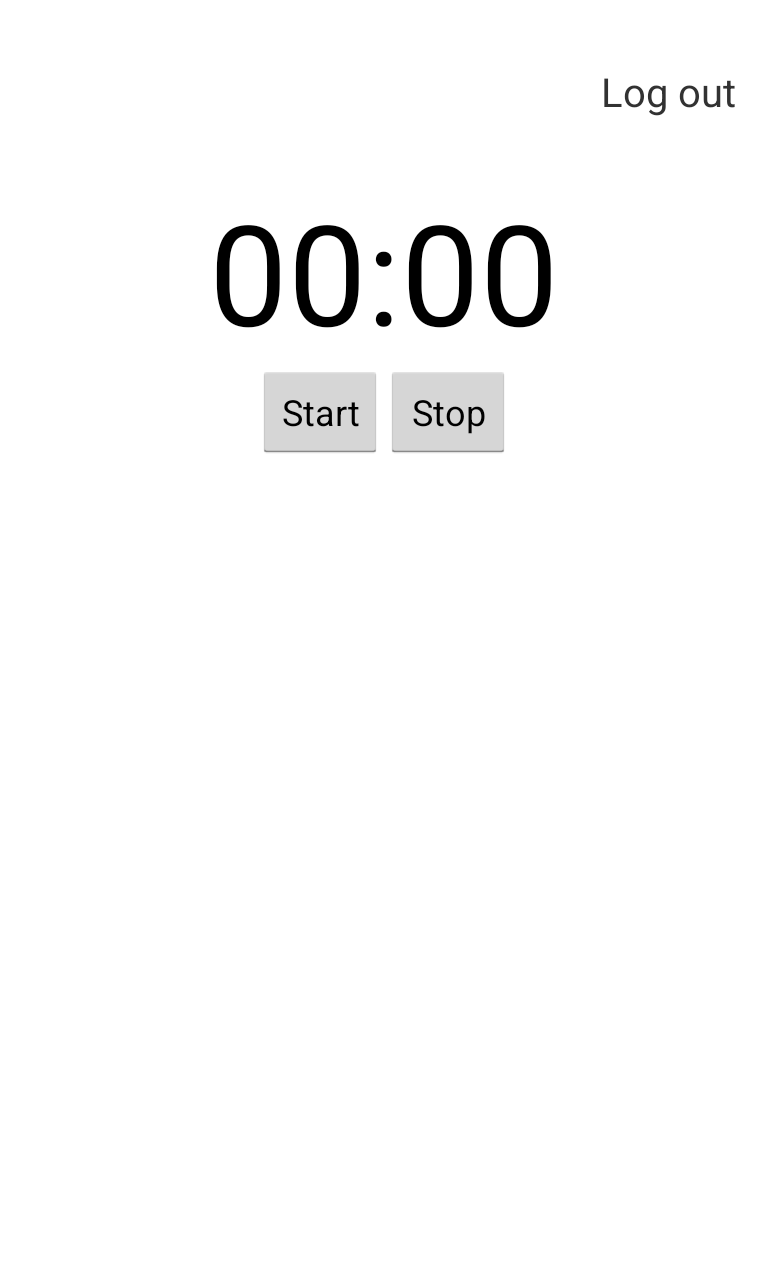
Repository: albertowusuasare/CustomStopWatch
Layout: CustomStopWatch/res/layout/activity_timer.xml
An editor plug-in stored every save of this project. The layout is shown before and after the next save, followed by the edit.
It is drawn on a 768 x 1280 px phone screen (xhdpi) without system bars, with theme AppTheme; the app's code is not run.

Above is the layout before, as saved 2014-09-25 04:52:14.

### CustomStopWatch/res/layout/activity_timer.xml
<LinearLayout xmlns:android="http://schemas.android.com/apk/res/android"
    xmlns:tools="http://schemas.android.com/tools"
    android:layout_width="match_parent"
    android:layout_height="match_parent"

    android:orientation="vertical"
    android:paddingBottom="@dimen/activity_vertical_margin"
    android:paddingLeft="@dimen/activity_horizontal_margin"
    android:paddingRight="@dimen/activity_horizontal_margin"
    android:paddingTop="@dimen/activity_vertical_margin"
    tools:context="com.example.customstopwatch.TimerActivity" >

    <RelativeLayout
        android:layout_width="match_parent"
        android:layout_height="wrap_content"
        android:gravity="end"
         android:paddingTop="@dimen/activity_vertical_margin"
        >
        <TextView
            android:text="@string/Logout"
            android:layout_width="wrap_content"
           android:layout_height="wrap_content"
            android:textSize="20sp"
            />

    </RelativeLayout>
    <Chronometer
        android:id="@+id/mainChronometer"
        android:layout_width="wrap_content"
        android:layout_height="wrap_content"
        android:layout_gravity="center"
         android:paddingTop="30dp"
        android:format="%s"
        android:text="Chronometer"
        android:textSize="70sp" />

    <LinearLayout
        android:layout_width="fill_parent"
        android:layout_height="wrap_content"
        android:gravity="center"
        android:orientation="horizontal" >

        <Button
            android:id="@+id/start_button"
            android:layout_width="wrap_content"
            android:layout_height="wrap_content"
            android:text="@string/StartButton" />

        <Button
            android:id="@+id/stop_button"
            android:layout_width="wrap_content"
            android:layout_height="wrap_content"
            android:text="@string/StopButton" />
    </LinearLayout>

</LinearLayout>

### CustomStopWatch/res/values/strings.xml
<?xml version="1.0" encoding="utf-8"?>
<resources>

    <string name="app_name">CustomStopWatch</string>
    <string name="hello_world">Hello world!</string>
    <string name="action_settings">Settings</string>
    <string name="app_id">724899087577885</string>
    <string name="AppName">STVP WVTCH</string>
    <string name="StartButton">Start</string>
    <string name="Logout">Log out</string>
     <string name="StopButton">Stop</string>
    <string name="title_activity_timer">TimerActivity</string>

</resources>

Loaded but not shown: CustomStopWatch/res/values/styles.xml (common file); CustomStopWatch/res/values-v11/styles.xml (common file); CustomStopWatch/res/values-v14/styles.xml (common file); CustomStopWatch/res/values/dimens.xml (common file); CustomStopWatch/res/values-w820dp/dimens.xml (common file)

After the next save:
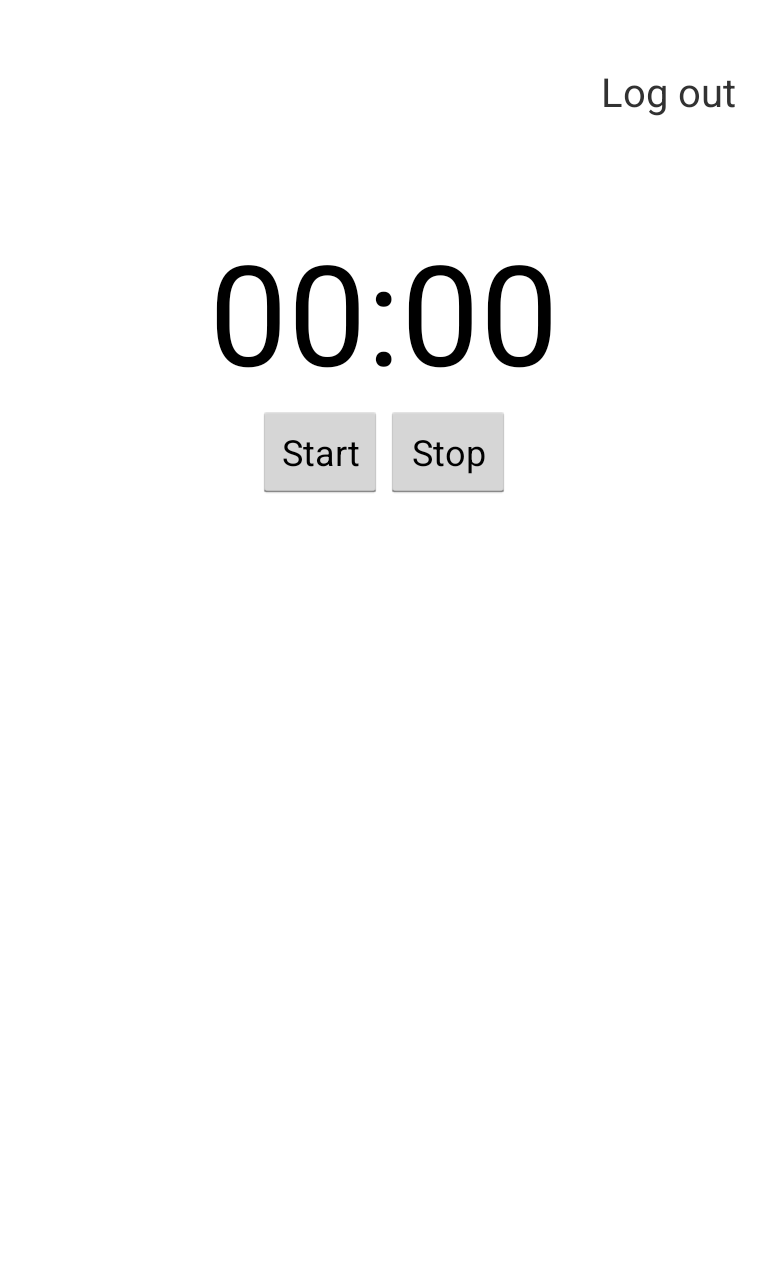
Saved 45 s later.
--- a/CustomStopWatch/res/layout/activity_timer.xml
+++ b/CustomStopWatch/res/layout/activity_timer.xml
@@ -29,7 +29,7 @@
         android:layout_width="wrap_content"
         android:layout_height="wrap_content"
         android:layout_gravity="center"
-         android:paddingTop="30dp"
+         android:paddingTop="50dp"
         android:format="%s"
         android:text="Chronometer"
         android:textSize="70sp" />
